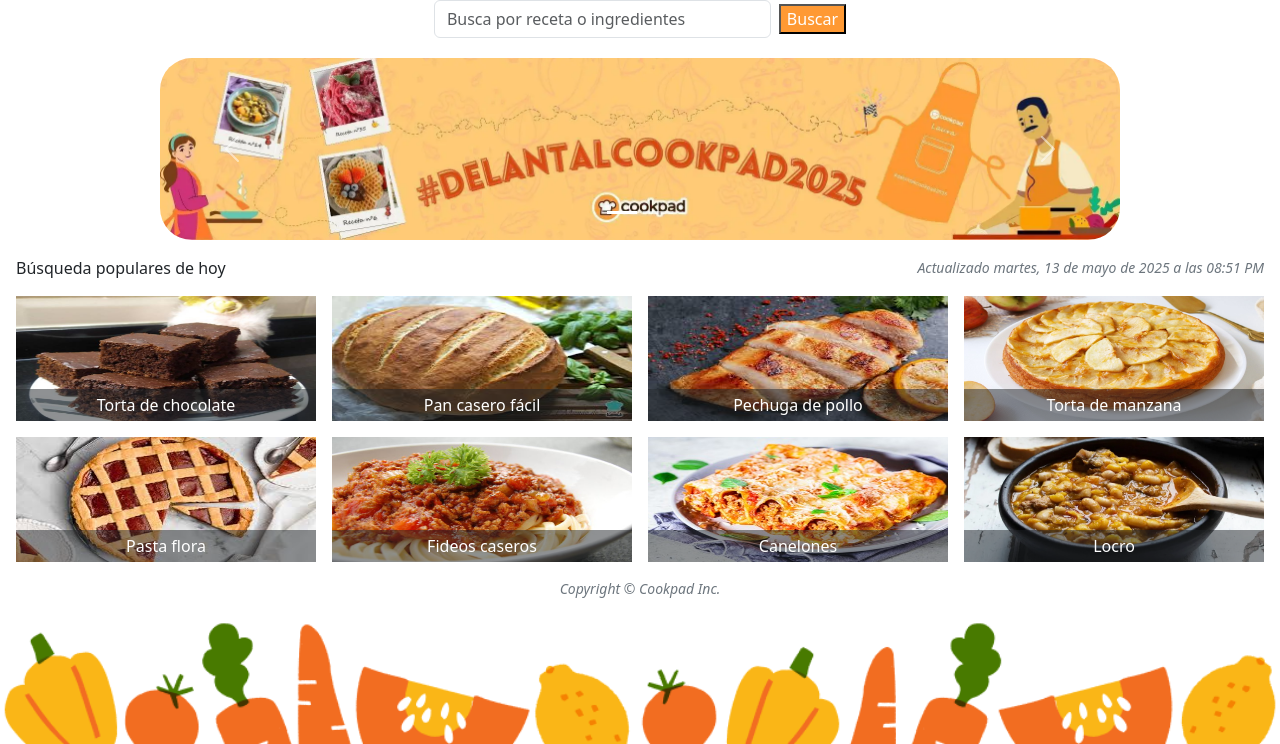
Repository: lucasp3113/coockpad
Page: index.html
The author's editor kept a copy of each file at every save. The page is drawn from the files as they stood at one save, then again after the next save.
The browser window is 1280 px wide. The pictures show the part of the page from y = 336 to 1080 px (the page is 1080 px tall).
A picture or video elsewhere on the page could not be fetched, so the positions and the page height are approximate.

Above is the page before, as saved 2025-05-15 14:10:22.

After the next save:
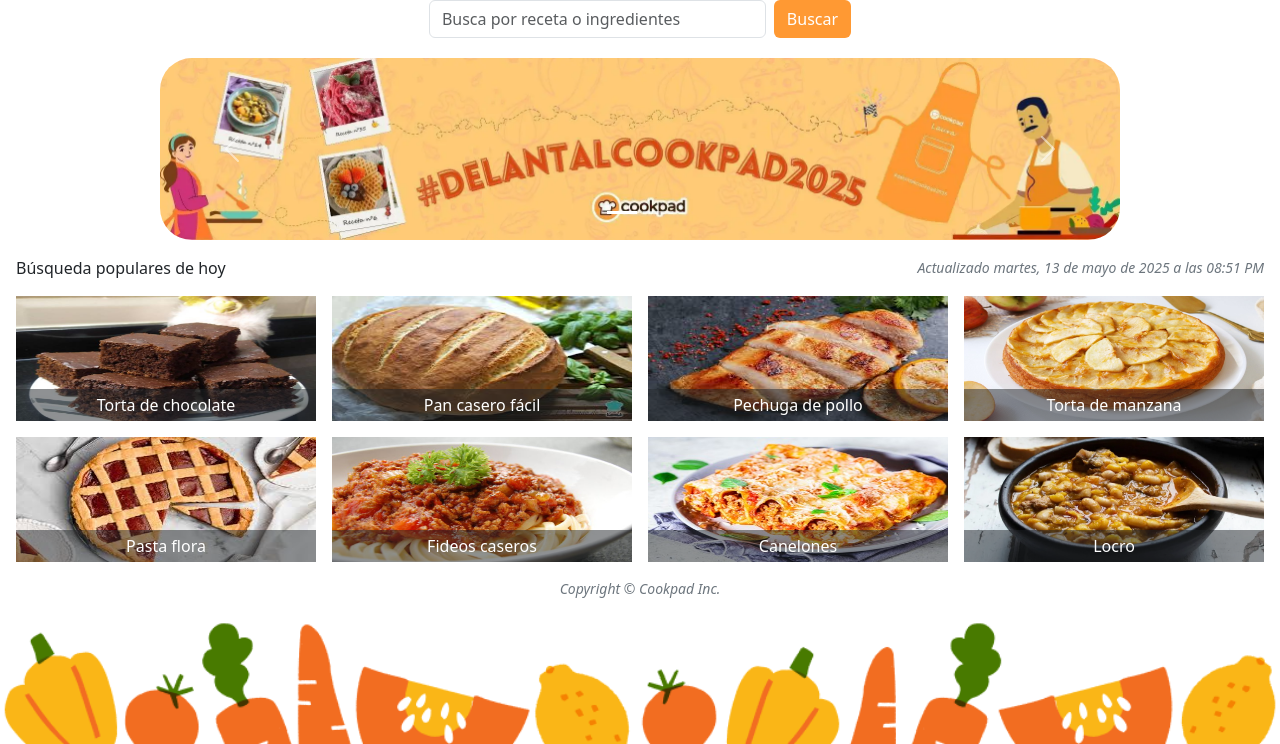
Saved 7 s later.
--- a/index.html
+++ b/index.html
@@ -16,7 +16,7 @@
     </header>
     <nav class="d-flex flex-row d-flex justify-content-center d-flex align-items-center m-3">
         <input type="text" class="form-control m-1 w-27" placeholder="Busca por receta o ingredientes"/>
-        <button type="submit" class="btn-orange m-1 text-white">Buscar</button>
+        <button type="submit" class="btn btn-orange m-1 text-white">Buscar</button>
     </nav>
     <main>
         <section class="w-75 mx-auto">
